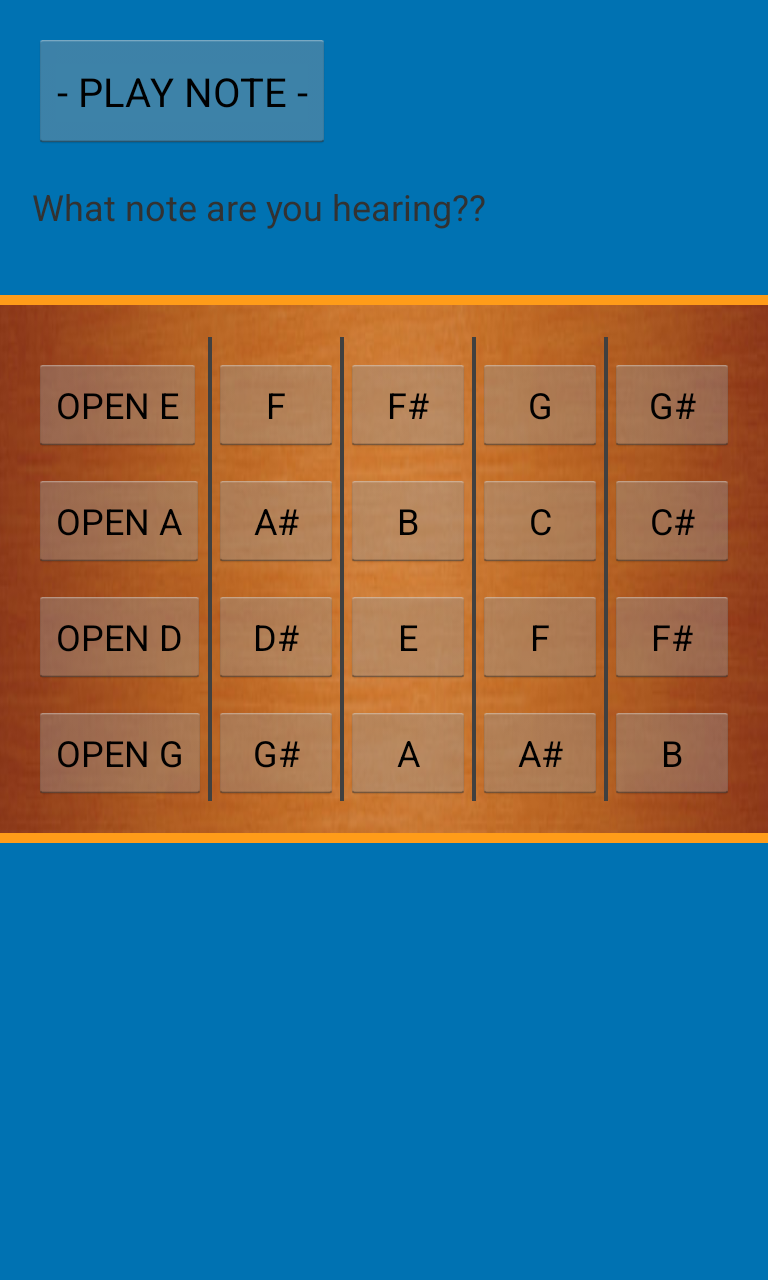
Repository: elliott-ribner/android-guitar-trainer
Layout: randomnotegenerator/res/layout/activity_main.xml
The author's editor kept a copy of each file at every save. The layout is drawn from the files as they stood at one save, then again after the next save.
It is drawn on a 768 x 1280 px phone screen (xhdpi) without system bars, with theme AppTheme; the app's code is not run.

Above is the layout before, as saved 2014-06-09 01:26:22.

### randomnotegenerator/res/layout/activity_main.xml
<LinearLayout xmlns:android="http://schemas.android.com/apk/res/android"
    xmlns:tools="http://schemas.android.com/tools"
    android:layout_width="match_parent"
    android:layout_height="match_parent"
    android:background="#0072B2"
    android:orientation="vertical"
    tools:context="com.elliott.randomnotegenerator.MainActivity$PlaceholderFragment" >


    <LinearLayout
        android:layout_width="fill_parent"
        android:layout_height="wrap_contents"
        android:background="#00A3FF"

        android:paddingBottom="@dimen/activity_vertical_margin"
        android:paddingLeft="@dimen/activity_horizontal_margin"
        android:paddingRight="@dimen/activity_horizontal_margin"
        android:paddingTop="@dimen/activity_vertical_margin" >
           <LinearLayout
        android:layout_width="fill_parent"
        android:layout_height="wrap_contents"
        android:background="#00A3FF"

        android:paddingBottom="@dimen/activity_vertical_margin"
        android:paddingLeft="@dimen/activity_horizontal_margin"
        android:paddingRight="@dimen/activity_horizontal_margin"
        android:paddingTop="@dimen/activity_vertical_margin" />
        </LinearLayout>
    <LinearLayout
        android:layout_width="fill_parent"
        android:layout_height="wrap_content"

        android:orientation="vertical"
        android:paddingBottom="@dimen/activity_vertical_margin"
        android:paddingLeft="@dimen/activity_horizontal_margin"
        android:paddingRight="@dimen/activity_horizontal_margin"
        android:paddingTop="@dimen/activity_vertical_margin" >

        <Button
            android:id="@+id/ButtonPlay"
            android:layout_width="wrap_content"
            android:layout_height="wrap_content"
            android:paddingBottom="@dimen/activity_vertical_margin"
            android:paddingTop="@dimen/activity_vertical_margin"
            android:text="@string/play"
            android:textSize="20sp" />

        <TextView
            android:id="@+id/promptBox"
            android:layout_width="wrap_content"
            android:layout_height="wrap_content"
            android:paddingBottom="@dimen/activity_vertical_margin"
            android:paddingTop="@dimen/activity_vertical_margin"
            android:text="@string/prompt"
            android:textSize="18sp" />
    </LinearLayout>
<LinearLayout
        android:layout_width="fill_parent"
        android:layout_height="5dip"
        android:background="#FF9C19"

        android:paddingBottom="@dimen/activity_vertical_margin"
        android:paddingLeft="@dimen/activity_horizontal_margin"
        android:paddingRight="@dimen/activity_horizontal_margin"
        android:paddingTop="@dimen/activity_vertical_margin" />

        <LinearLayout
            android:layout_width="fill_parent"
            android:layout_height="wrap_content"
             android:background="@drawable/background"
            android:orientation="horizontal"
            android:paddingBottom="@dimen/activity_vertical_margin"
        android:paddingLeft="@dimen/activity_horizontal_margin"
        android:paddingRight="@dimen/activity_horizontal_margin"
        android:paddingTop="@dimen/activity_vertical_margin"  >

            <LinearLayout
                android:layout_width="wrap_content"
                android:layout_height="wrap_content"
                android:orientation="vertical" >

                <Button
                    android:id="@+id/ButtonEL"
                    android:layout_width="wrap_content"
                    android:layout_height="wrap_content"
                    android:layout_marginTop="10dp"
                    android:text="@string/el" />

                <Button
                    android:id="@+id/ButtonAL"
                    android:layout_width="wrap_content"
                    android:layout_height="wrap_content"
                    android:layout_marginTop="10dp"
                    android:text="@string/al" />

                <Button
                    android:id="@+id/ButtonD"
                    android:layout_width="wrap_content"
                    android:layout_height="wrap_content"
                    android:layout_marginTop="10dp"
                    android:text="@string/d" />

                <Button
                    android:id="@+id/ButtonG"
                    android:layout_width="wrap_content"
                    android:layout_height="wrap_content"
                    android:layout_marginTop="10dp"
                    android:text="@string/g" />
            </LinearLayout>

            <View
                android:layout_width="2dip"
                android:layout_height="fill_parent"
                android:background="#404040" />

            <LinearLayout
                android:layout_width="wrap_content"
                android:layout_height="wrap_content"
                android:orientation="vertical" >

                <Button
                    android:id="@+id/ButtonFL"
                    android:layout_width="wrap_content"
                    android:layout_height="wrap_content"
                    android:layout_marginTop="10dp"
                    android:text="@string/fl" />

                <Button
                    android:id="@+id/ButtonASL"
                    android:layout_width="wrap_content"
                    android:layout_height="wrap_content"
                    android:layout_marginTop="10dp"
                    android:text="@string/asl" />

                <Button
                    android:id="@+id/ButtonDS"
                    android:layout_width="wrap_content"
                    android:layout_height="wrap_content"
                    android:layout_marginTop="10dp"
                    android:text="@string/ds" />

                <Button
                    android:id="@+id/ButtonGS"
                    android:layout_width="wrap_content"
                    android:layout_height="wrap_content"
                    android:layout_marginTop="10dp"
                    android:text="@string/gs" />
            </LinearLayout>

            <View
                android:layout_width="2dip"
                android:layout_height="fill_parent"
                android:background="#404040" />

            <LinearLayout
                android:layout_width="wrap_content"
                android:layout_height="wrap_content"
                android:orientation="vertical" >

                <Button
                    android:id="@+id/ButtonFSL"
                    android:layout_width="wrap_content"
                    android:layout_height="wrap_content"
                    android:layout_marginTop="10dp"
                    android:text="@string/fsl" />

                <Button
                    android:id="@+id/ButtonBL"
                    android:layout_width="wrap_content"
                    android:layout_height="wrap_content"
                    android:layout_marginTop="10dp"
                    android:text="@string/bl" />

                <Button
                    android:id="@+id/ButtonE"
                    android:layout_width="wrap_content"
                    android:layout_height="wrap_content"
                    android:layout_marginTop="10dp"
                    android:text="@string/e" />

                <Button
                    android:id="@+id/ButtonA"
                    android:layout_width="wrap_content"
                    android:layout_height="wrap_content"
                    android:layout_marginTop="10dp"
                    android:text="@string/a" />
            </LinearLayout>

            <View
                android:layout_width="2dip"
                android:layout_height="fill_parent"
                android:background="#404040" />

            <LinearLayout
                android:layout_width="wrap_content"
                android:layout_height="wrap_content"
                android:orientation="vertical" >

                <Button
                    android:id="@+id/ButtonGL"
                    android:layout_width="wrap_content"
                    android:layout_height="wrap_content"
                    android:layout_marginTop="10dp"
                    android:text="@string/gl" />

                <Button
                    android:id="@+id/ButtonC"
                    android:layout_width="wrap_content"
                    android:layout_height="wrap_content"
                    android:layout_marginTop="10dp"
                    android:text="@string/c" />

                <Button
                    android:id="@+id/ButtonF"
                    android:layout_width="wrap_content"
                    android:layout_height="wrap_content"
                    android:layout_marginTop="10dp"
                    android:text="@string/f" />

                <Button
                    android:id="@+id/ButtonAS"
                    android:layout_width="wrap_content"
                    android:layout_height="wrap_content"
                    android:layout_marginTop="10dp"
                    android:text="@string/as" />
            </LinearLayout>

            <View
                android:layout_width="2dip"
                android:layout_height="fill_parent"
                android:background="#404040" />

            <LinearLayout
                android:layout_width="wrap_content"
                android:layout_height="wrap_content"
                android:orientation="vertical" >

                <Button
                    android:id="@+id/ButtonGSL"
                    android:layout_width="wrap_content"
                    android:layout_height="wrap_content"
                    android:layout_marginTop="10dp"
                    android:text="@string/gsl" />

                <Button
                    android:id="@+id/ButtonCS"
                    android:layout_width="wrap_content"
                    android:layout_height="wrap_content"
                    android:layout_marginTop="10dp"
                    android:text="@string/cs" />

                <Button
                    android:id="@+id/ButtonFS"
                    android:layout_width="wrap_content"
                    android:layout_height="wrap_content"
                    android:layout_marginTop="10dp"
                    android:text="@string/fs" />

                <Button
                    android:id="@+id/ButtonB"
                    android:layout_width="wrap_content"
                    android:layout_height="wrap_content"
                    android:layout_marginTop="10dp"
                    android:text="@string/b" />
            </LinearLayout>

        </LinearLayout>

    <LinearLayout
        android:layout_width="fill_parent"
        android:layout_height="5dip"
        android:background="#FF9C19"

        android:paddingBottom="@dimen/activity_vertical_margin"
        android:paddingLeft="@dimen/activity_horizontal_margin"
        android:paddingRight="@dimen/activity_horizontal_margin"
        android:paddingTop="@dimen/activity_vertical_margin" />



         <LinearLayout
        android:layout_width="fill_parent"
        android:layout_height="wrap_content"
        android:orientation="vertical"

        android:paddingBottom="@dimen/activity_vertical_margin"
        android:paddingLeft="@dimen/activity_horizontal_margin"
        android:paddingRight="@dimen/activity_horizontal_margin"
        android:paddingTop="@dimen/activity_vertical_margin" >

        <TextView
            android:id="@+id/resultBox"
            android:layout_width="wrap_content"
            android:layout_height="wrap_content"
            android:text="@string/result"
            android:textSize="24sp" />
    </LinearLayout>

</LinearLayout>

### randomnotegenerator/res/values/strings.xml
<?xml version="1.0" encoding="utf-8"?>
<resources>

    <string name="app_name">Bass Guitar Ear Trainer</string>
    <string name="hello_world">Hello world!</string>
    <string name="action_settings">Settings</string>
	<string name="play">- PLAY NOTE -</string>
	<string name="prompt">What note are you hearing??</string>
	<string name="result"></string>
	<string name="c">C</string>
	<string name="cs">C#</string>
	<string name="d">OPEN D</string>
	<string name="ds">D#</string>
	<string name="e">E</string>
	<string name="f">F</string>
	<string name="fs">F#</string>
	<string name="g">OPEN G</string>
	<string name="gs">G#</string>
	<string name="a"> A</string>
	<string name="as">A#</string>
	<string name="b">B</string>
	<string name="el">OPEN E</string>
	<string name="fl">F</string>
	<string name="fsl">F#</string>
	<string name="gl">G</string>
	<string name="gsl">G#</string>
	<string name="al">OPEN A</string>
	<string name="asl">A#</string>
	<string name="bl">B</string>

</resources>

Loaded but not shown: randomnotegenerator/res/values/styles.xml (common file); randomnotegenerator/res/values-v11/styles.xml (common file); randomnotegenerator/res/values-v14/styles.xml (common file); randomnotegenerator/res/values/dimens.xml (common file); randomnotegenerator/res/values-w820dp/dimens.xml (common file)

After the next save:
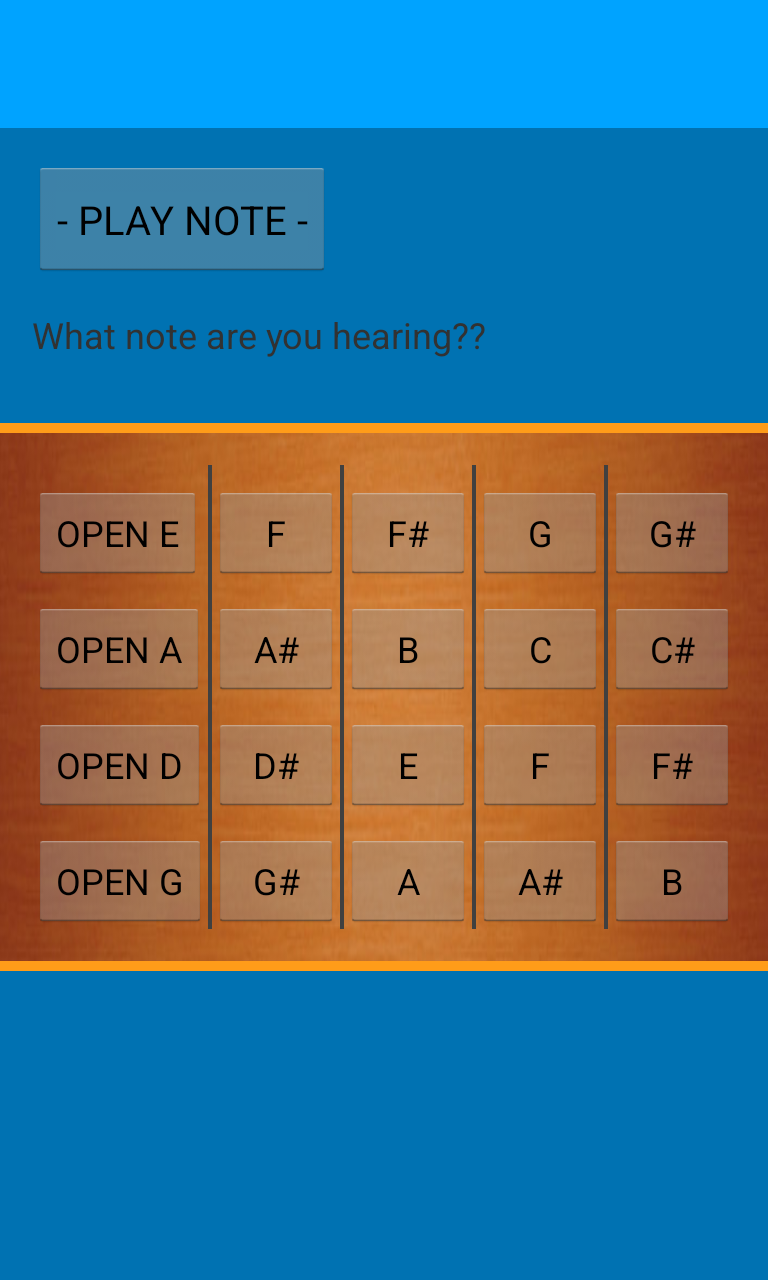
Saved 14 s later.
--- a/randomnotegenerator/res/layout/activity_main.xml
+++ b/randomnotegenerator/res/layout/activity_main.xml
@@ -9,7 +9,7 @@
 
     <LinearLayout
         android:layout_width="fill_parent"
-        android:layout_height="wrap_contents"
+        android:layout_height="wrap_content"
         android:background="#00A3FF"
 
         android:paddingBottom="@dimen/activity_vertical_margin"
@@ -18,7 +18,7 @@
         android:paddingTop="@dimen/activity_vertical_margin" >
            <LinearLayout
         android:layout_width="fill_parent"
-        android:layout_height="wrap_contents"
+        android:layout_height="wrap_content"
         android:background="#00A3FF"
 
         android:paddingBottom="@dimen/activity_vertical_margin"
